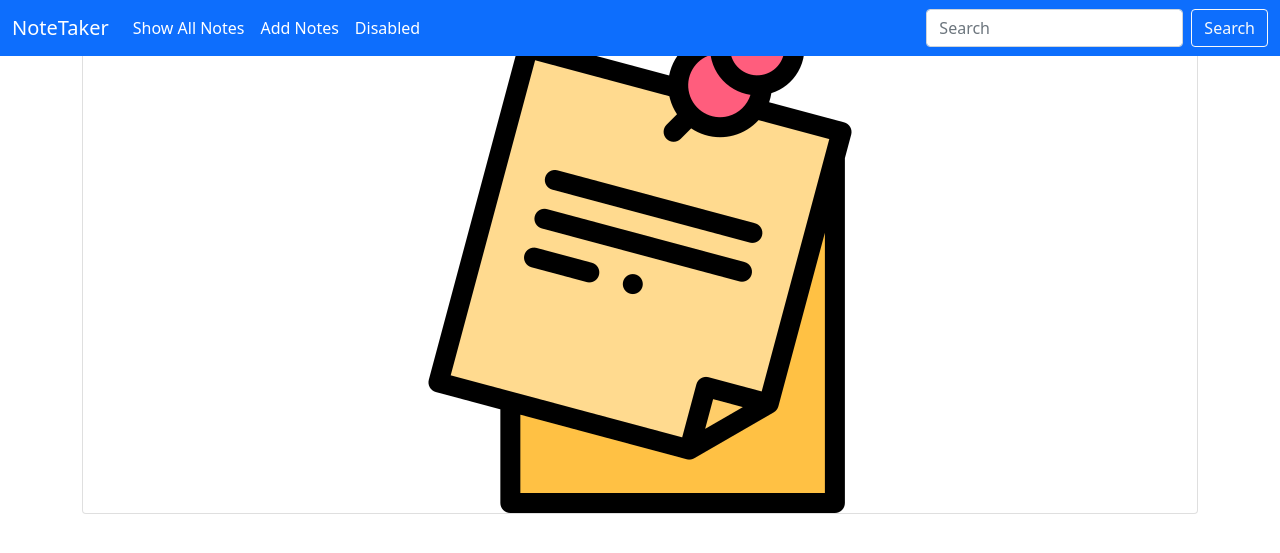
Repository: Shubham-Kumar-cmd/Hibernate
Page: http://localhost/NoteTakerApp/
The author's editor kept a copy of each file at every save. The page is drawn from the files as they stood at one save, then again after the next save.
The browser window is 1280 px wide. The pictures show the whole page.
The page is served by Tomcat 9.

Above is the page before, as saved 2023-02-08 08:30:28.

After the next save:
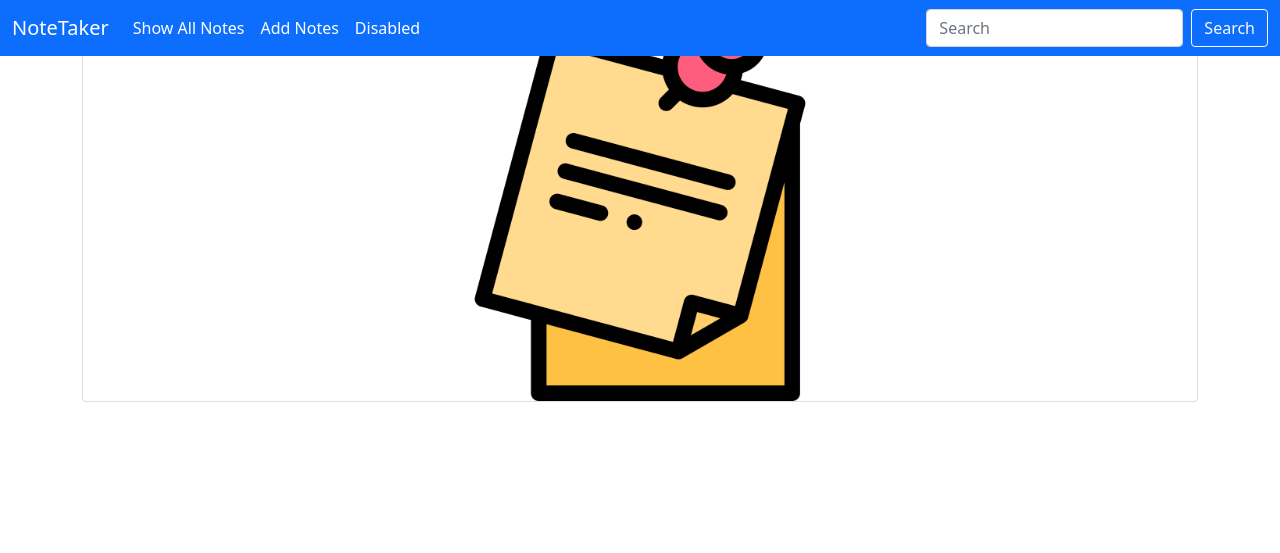
Saved 58 s later.
--- a/NoteTakerApp/src/main/webapp/index.jsp
+++ b/NoteTakerApp/src/main/webapp/index.jsp
@@ -16,7 +16,7 @@
 
 	<div class="container">
 		<div class="card">
-			<img alt="" src="img/sticky-notes.png" class="img-fluid mx-auto">
+			<img alt="" src="img/sticky-notes.png" class="img-fluid mx-auto" style="max-width:400px;">
 		</div>
 	</div>
 
